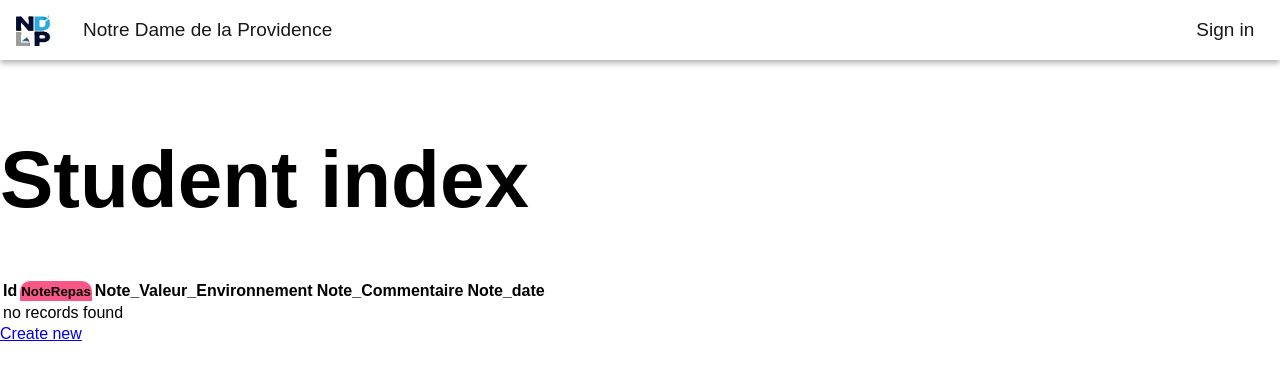
Repository: yaperson/self-feedback1
Page: templates/student/index.html.twig
An editor plug-in stored every save of this project. The page is shown before and after the next save, followed by the edit.
The browser window is 1280 px wide. The pictures show the whole page.
The page is a Twig template of a Symfony application; nobody is signed in and links lead nowhere. The template is opened directly, without the code that normally fills it, so the values that code supplies are empty.

Above is the page before, as saved 2021-12-09 16:47:41.

### templates/student/index.html.twig
{% extends 'base.html.twig' %}

{% block title %}Student index{% endblock %}

{% block body %}
    <h1>Student index</h1>

    <table class="table">
        <thead>
            <tr>
                <th>Id</th>
                <th style="background-color:#F85888; border-top-left-radius: 10px; -moz-border-radius-topleft: 10px; -webkit-border-top-left-radius: 10px; -khtml-border-top-left-radius: 10px; -icab-border-top-left-radius: 10px; -o-border-top-left-radius: 10px; border-top-right-radius: 10px; -moz-border-radius-topright: 10px; -webkit-border-top-right-radius: 10px; -khtml-border-top-right-radius: 10px; -icab-border-top-right-radius: 10px; -o-border-top-right-radius: 10px;"><small>NoteRepas</small></th>
                <th>Note_Valeur_Environnement</th>
                <th>Note_Commentaire</th>
                <th>Note_date</th>
                {# <th>actions</th> #}
            </tr>
        </thead>
        <tbody>
        {% for student in students %}
            <tr>
                <td>{{ student.id }}</td>
                <td>{{ student.noteRepas }}</td>
                <td>{{ student.noteValeurEnvironnement }}</td>
                <td>{{ student.noteCommentaire }}</td>
                <td>{{ student.noteDate ? student.noteDate|date('Y-m-d') : '' }}</td>
                {# <td>
                    <a href="{{ path('student_show', {'id': student.id}) }}">show</a>
                    <a href="{{ path('student_edit', {'id': student.id}) }}">edit</a>
                </td> #}
            </tr>
        {% else %}
            <tr>
                <td colspan="6">no records found</td>
            </tr>
        {% endfor %}
        </tbody>
    </table>

    <a href="{{ path('student_new') }}">Create new</a>
{% endblock %}

### templates/base.html.twig
<!doctype html>
<html lang="en">
  <head>
    <meta charset="utf-8">
    <meta name="viewport" content="width=device-width, initial-scale=1, shrink-to-fit=no">
    <meta name="description" content="">
    <meta name="author" content="">
    <title>
        {% block title %} Welcome!
        {% endblock %}

    </title>
    <link rel="shortcut icon" href="images/cropped-cropped-NDLP-3-min-e1544695116495.png" type="image/x-icon">
    <link rel="stylesheet" href="css/style.css">
    <link rel="stylesheet" href="css/home.css">
    <!-- Bootstrap core CSS -->
    {# <link rel="stylesheet" href="/css/bootstrap.css" > #}
    {# <link rel="stylesheet" href="/css/starter-template.css" > #}

    <!-- Bootstrap core JS    # MIS EN COMMENTAIRE CAR BUGUE, A REGLER #
    <script src="js/bootstrap.js" > -->

 {% block stylesheets %}
 {% endblock %}
 {% block javascripts %}
 {% endblock %}

  </head>

  <body>
        <nav class="topnav" id="myTopnav">
          <div id="left">
            <img class="topnav__link img" src="/images/cropped-cropped-NDLP-3-min-e1544695116495.png">
            <span class="topnav__link">Notre Dame de la Providence</span>
          </div>
          {% if is_granted('ROLE_USER') %}
              <div class="nav-link disabled">
                <i class="fas fa-user"></i>
                {% if app.user %}
                  <strong>{{ app.user.username }}</strong>
                {% endif %}
              </div>
              <a class="topnav__link" id="right" href="{{ path('app_logout') }}">{{'Logout'|trans}}</a>
              {% else %}
              <a class="topnav__link" id="right" href="{{ path('app_login') }}">{{'Sign in'|trans}}</a>
              {% endif %}
        </nav>

    <main>
          {% block body %}{% endblock %}

    </main><!-- /.container -->
    {#
    <!-- Bootstrap core JavaScript
    ================================================== -->
    <!-- Placed at the end of the document so the pages load faster -->
    <script src="https://code.jquery.com/jquery-3.2.1.slim.min.js" integrity="sha384-KJ3o2DKtIkvYIK3UENzmM7KCkRr/rE9/Qpg6aAZGJwFDMVNA/GpGFF93hXpG5KkN" crossorigin="anonymous"></script>
    <script>window.jQuery || document.write('<script src="../../../../assets/js/vendor/jquery-slim.min.js"><\/script>')</script>
    <script src="../../../../assets/js/vendor/popper.min.js"></script>
    <script src="../../../../dist/js/bootstrap.min.js"></script> #}
  </body>
</html>

### public/css/style.css
html{
    width: 100%;
    width: 100%;
    height: 100%;
}

body{
    display: grid;
    margin: 0;
    width: 100%;
    height: 100vh;
    font-family: Arial, Helvetica, sans-serif;
}

main {
  margin-top: 5rem;
}

#btn5 {
  background: linear-gradient(180deg, #2aa1d4 0%, rgba(42, 158, 207, 0.992) 0.01%, rgba(43, 158, 207, 0.65) 99.97%, rgba(41, 157, 207, 0.67) 99.98%, rgba(45, 170, 225, 0.89) 100%);
  box-shadow: 0px 4px 4px rgba(0, 0, 0, 0.12);
  border-radius: 30px;
  border: none;
}
/***********************************************/
.topnav {
  overflow: hidden;
  background-color: rgb(255, 255, 255);
  box-shadow: 0 3px 6px 0 rgb(175, 175, 175);
  user-select: none;
  z-index: 2;
  display: flex;
  align-items: center;
  justify-content: space-between;
  position: fixed;
  width: 100%;
}
.topnav .topnav__link {
  float: left;
  color: #181818;
  padding: 14px 16px;
  text-decoration: none;
  font-size: 19px;
  transition: 0.2s;
}
#left {
  display: flex;
  align-items: center;
}
#right {
  float: right;
  /* margin-left: 75%; */
  padding-right: 2%;
}
.img {
  width: 35px;
  height: 32px;
  left: 11px;
  top: 7px;
}
.topnav .topnav__link:hover {
  color: #060c18;
  transition: 0.2s;
}
  /*****/
  .foo-container {
    display: flex;
    position: absolute;
    justify-content: center;
    align-items: center;
    bottom: 0;
    width: 100%;
    /* height: 164px; */
    color: white;
    background: #424242;
  }
  .bloc {
    display: flex;
    justify-content: space-around;
    margin: 10px;
    width: 50%;
  }

/***********************************************/

.error{
  display: flex;
  position: absolute;
  justify-content: center;
  align-items: center;
  width: 100%;
  height: 50px;
  background-color: red;
  animation: kboom infinite 1s;
  color: white;
}

@keyframes kboom {
  0%{
    background-color: red;
  }
  100%{
    background-color: blue;
  }
}



element.style {
  background-image: url(assets/img/image1.jpg);
  height: 100vh;
}
.bg-image {
  display: flex;
  justify-content: center;
  align-items: center;
  position: relative;
  overflow: hidden;
  background-repeat: no-repeat;
  background-size: cover;
  background-position: 50%;
}

@media (max-width: 750px) {
  .foo-container {
    color: #b6b6fb;
  }
  .topnav {
    max-width: 100%;
  }
}

### public/css/home.css
.main__title{
    display: flex;
    justify-content: center;
}

h1{
    font-size: 5rem;
}

/***************/
.main__btn{
    justify-content: center;
    align-content: center;
    align-items: center;
    text-align: center;
    display: flex;
}

#btn5{
    display: flex;
    align-items: center;
    justify-content: center;
    position: relative;
    overflow: hidden;
    color: rgb(255, 255, 255);
    mix-blend-mode: normal;
    cursor: pointer;
    outline: none;
    border: none;
    width: 20%;
    height: 60px;
    text-decoration: none;
}
.TxtBtn {
    position: relative;
    pointer-events: none;
}

@media screen and (max-width: 750px) {
    main{
        max-width: 100%;
    }
    .main__title{
        max-width: 320px;
        font-size: 50px;
    }
    h3{
        font-size: 50px;
    }
    #target{
        font-size: 50px;
    }
}

After the next save:
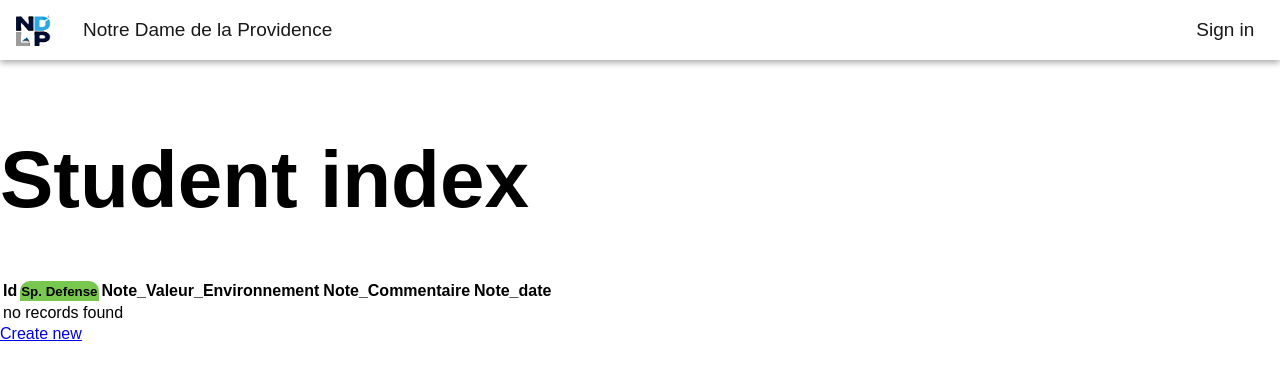
Saved 4 s later.
--- a/templates/student/index.html.twig
+++ b/templates/student/index.html.twig
@@ -9,8 +9,8 @@
         <thead>
             <tr>
                 <th>Id</th>
-                <th style="background-color:#F85888; border-top-left-radius: 10px; -moz-border-radius-topleft: 10px; -webkit-border-top-left-radius: 10px; -khtml-border-top-left-radius: 10px; -icab-border-top-left-radius: 10px; -o-border-top-left-radius: 10px; border-top-right-radius: 10px; -moz-border-radius-topright: 10px; -webkit-border-top-right-radius: 10px; -khtml-border-top-right-radius: 10px; -icab-border-top-right-radius: 10px; -o-border-top-right-radius: 10px;"><small>NoteRepas</small></th>
-                <th>Note_Valeur_Environnement</th>
+                <th style="background-color:#78C850; border-top-left-radius: 10px; -moz-border-radius-topleft: 10px; -webkit-border-top-left-radius: 10px; -khtml-border-top-left-radius: 10px; -icab-border-top-left-radius: 10px; -o-border-top-left-radius: 10px; border-top-right-radius: 10px; -moz-border-radius-topright: 10px; -webkit-border-top-right-radius: 10px; -khtml-border-top-right-radius: 10px; -icab-border-top-right-radius: 10px; -o-border-top-right-radius: 10px;"><small>Sp. Defense</small>
+                </th><th>Note_Valeur_Environnement</th>
                 <th>Note_Commentaire</th>
                 <th>Note_date</th>
                 {# <th>actions</th> #}
